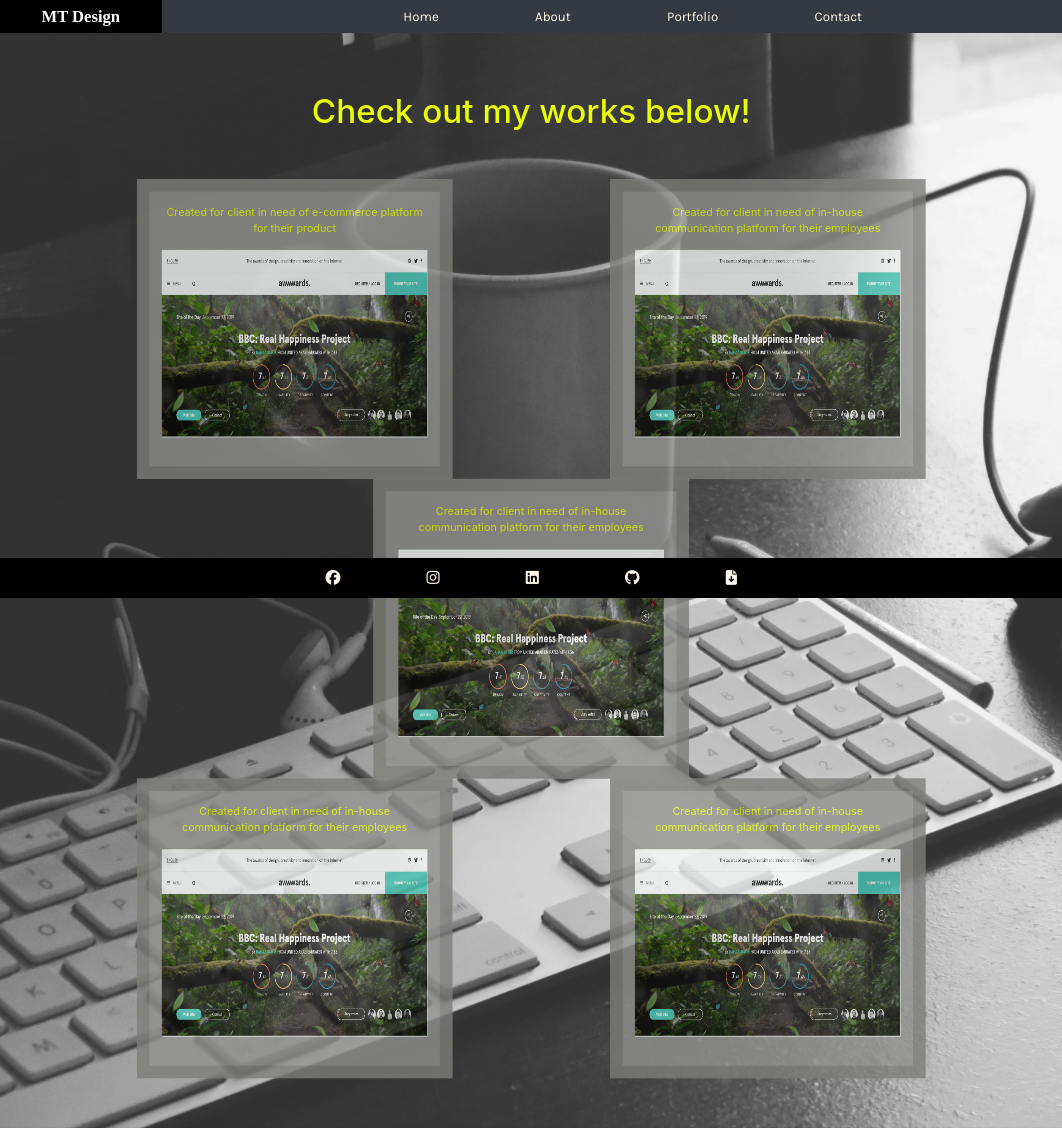
Repository: teppm/personal-portfolio
Page: portfolio.html
The author's editor kept a record of every edit. The page is drawn from the files as they stood at one moment, then again after the next edit.
The browser window is 1280 px wide. The pictures show the whole page, at 83% of full size.
Some web libraries are served in a nearby version.

Above is the page before.

After the next edit:
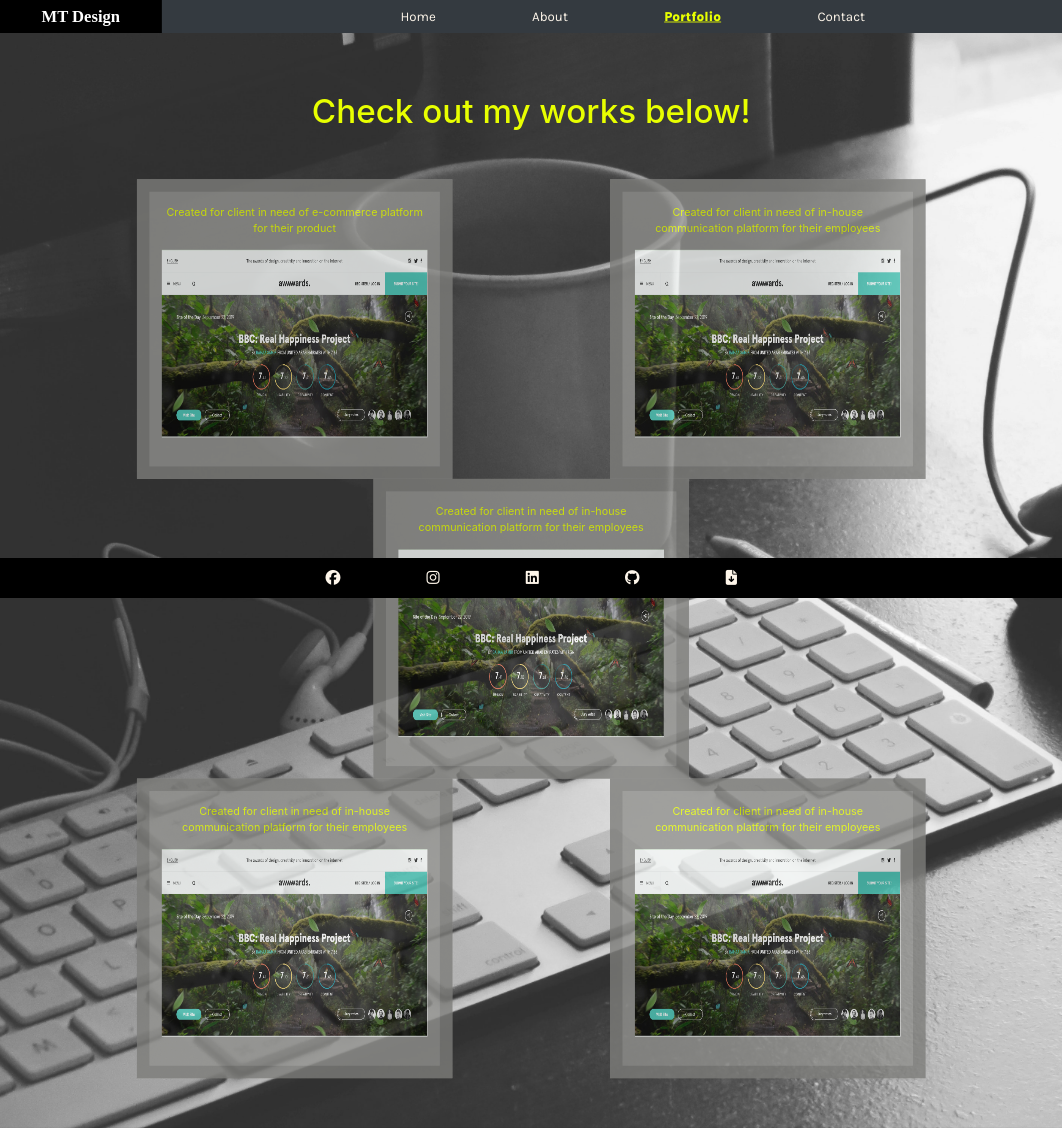
The edit:
--- a/portfolio.html
+++ b/portfolio.html
@@ -30,8 +30,8 @@
             <li class="nav-item ">
                 <a class="nav-link" href="aboutme.html">About</a>
             </li>
-            <li class="nav-item">
-                <a class="nav-link" href="portfolio.html">Portfolio</a>
+            <li class="nav-item active">
+                <a class="nav-link" href="portfolio.html">Portfolio<span class="sr-only">(current)</span></a>
             </li>
             <li class="nav-item">
                 <a class="nav-link" href="contact.html">Contact</a>
